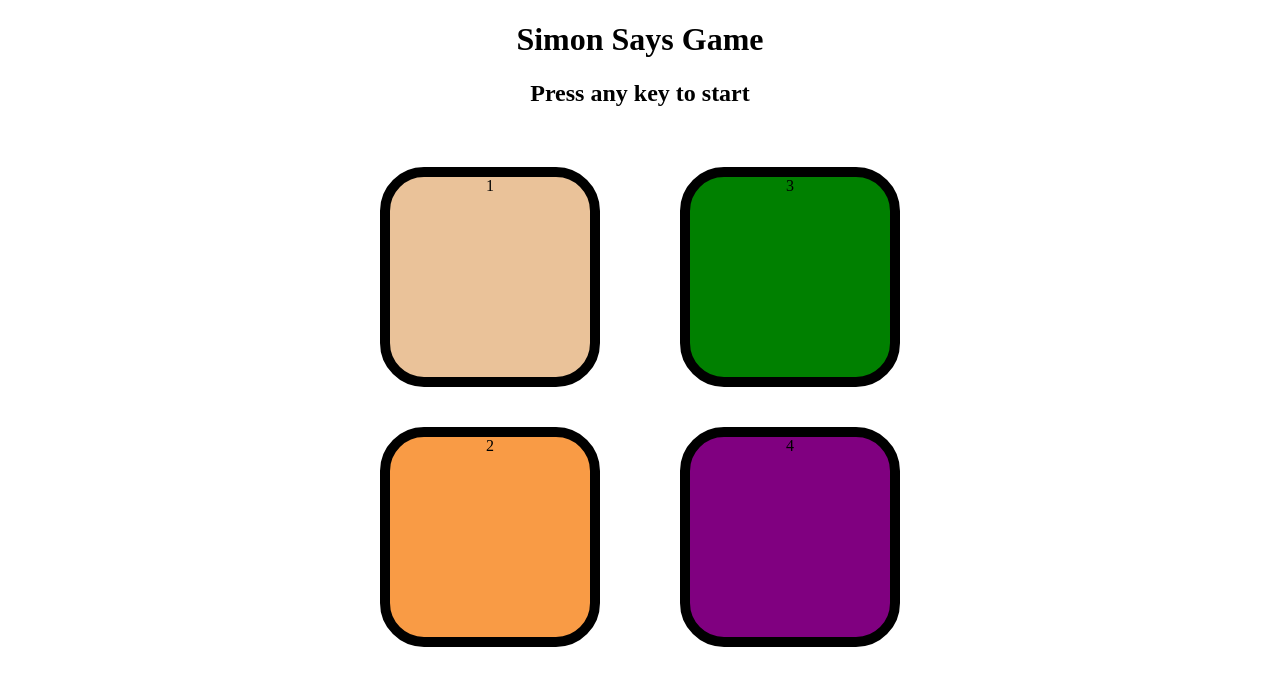
Repository: Manish-tomar-aligarh/Simon-Says-Game
Page: index.html
The author's editor kept a copy of each file at every save. The page is drawn from the files as they stood at one save, then again after the next save.
The browser window is 1280 px wide. The pictures show the whole page.

Above is the page before, as saved 2025-05-25 11:33:53.

After the next save:
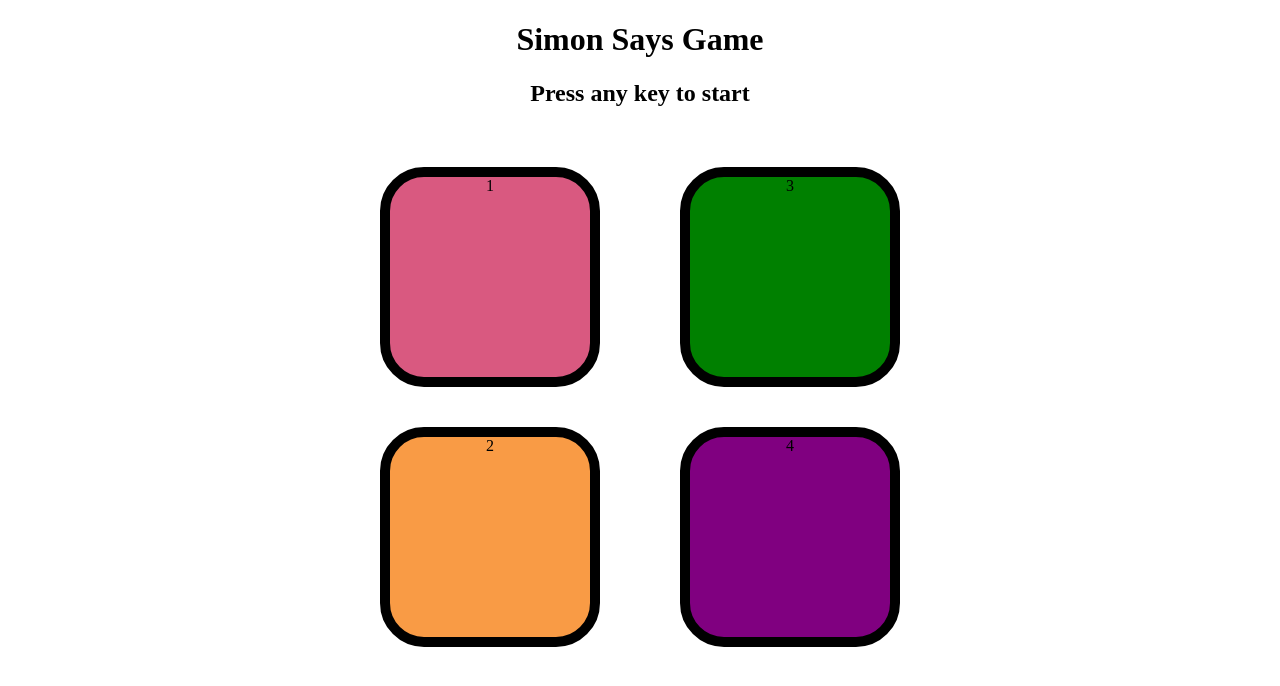
Saved 7 s later.
--- a/style.css
+++ b/style.css
@@ -19,7 +19,7 @@ body{
     background-color: #f99b45;
 }
 .red{
-    background-color: #d959;
+    background-color: #d95980;
 }
 .green{
     background-color: green;
